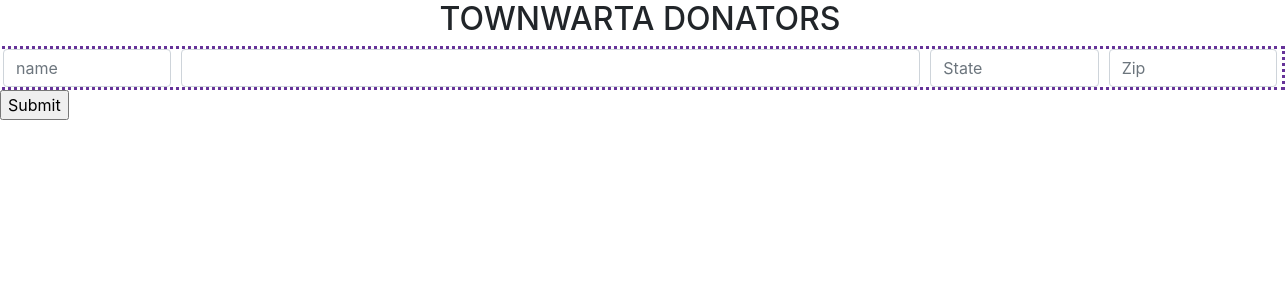
Repository: shivanand1988-28-06/townwarta
Page: http://localhost/donator/donator
These files come from the project's save history. The page is drawn as it stood at one moment and after the next save; the edit follows.
The browser window is 1280 px wide. The page is 1285 px wide, so the pictures cover 1285 px, including what lies to the right of the window. The pictures show the whole page.
The page is served by the project's Node server (Townwarta.js). Other server files are loaded and not shown.

Above is the page before, as saved 2022-08-30 21:10:11.

### views/articles/donator.ejs

<!DOCTYPE html>
<html lang="en">
<head>
  <meta charset="UTF-8">
  <meta name="viewport" content="width=device-width, initial-scale=1.0">
  <link rel="stylesheet" href="https://maxcdn.bootstrapcdn.com/bootstrap/4.0.0/css/bootstrap.min.css" integrity="sha384-Gn5384xqQ1aoWXA+058RXPxPg6fy4IWvTNh0E263XmFcJlSAwiGgFAW/dAiS6JXm" crossorigin="anonymous">
  <meta http-equiv="X-UA-Compatible" content="ie=edge">
  <title>TOWNWARTA</title>
</head>
<body>
    <h2 style = "text-align : center">TOWNWARTA DONATORS</h2>
    <form >
        <div class="form-row" style = "border: 3px rebeccapurple dotted;">
            <div class="col">
                <input type="text" class="form-control" placeholder="name">
              </div>
          <div class="col-7">
            <input type="text" class="form-control" placeholder="">
          </div>
          <div class="col">
            <input type="text" class="form-control" placeholder="State">
          </div>
          <div class="col">
            <input type="text" class="form-control" placeholder="Zip">
          </div>
        </div>
        <div>
            <input type = "submit" >
        </div>
      </form>
</body>

### Townwarta.js

require("dotenv").config();
const express = require("express");
const mongoose = require("mongoose");
const articleRouter = require("./routes/articles");
const userRouter = require("./routes/user");
const connectDB = require("./db/connect");
const app = express();
const Article= require("./models/article");
const methodOverride = require("method-override")
const port = process.env.PORT || 3000
const path = require("path");
const donatorRouter = require("./routes/donator")

app.set("views" , path.join(__dirname , "views"))
app.set("view engine", "ejs");
// app.use(express.json());
 app.use(express.urlencoded({extended:false}));
app.use(express.static(path.join(__dirname, "public")));
app.use(methodOverride("_method"));

  app.get("/", async (req,res)=>{
    const articles = await Article.find();
    res.render("articles/index" , {articles:articles});
  });

  app.use("/" , userRouter);

app.use("/articles" , articleRouter );

app.use("/donator" , donatorRouter)
console.log(Article)


const start = async () =>{

try{

    await connectDB( process.env.MONGO_URI );
    app.listen(port,()=>{ console.log(`app is running over port ${port}`)});

}catch(error) {

    console.log(error);

}

}

start();

### routes/donator.js
const express = require("express");
const donatorRouter = express.Router();
const Donator = require("../models/donator");



donatorRouter.post("/donator", async(req,res) => {
    let {name , createdAt , address} = req.body ;
    let donator = await Donator.create({name : name , createdAt : createdAt , address : address});

} );

donatorRouter.get("/donator" , (req,res)=>{
    res.render("articles/donator");
})

module.exports = donatorRouter

After the next save:
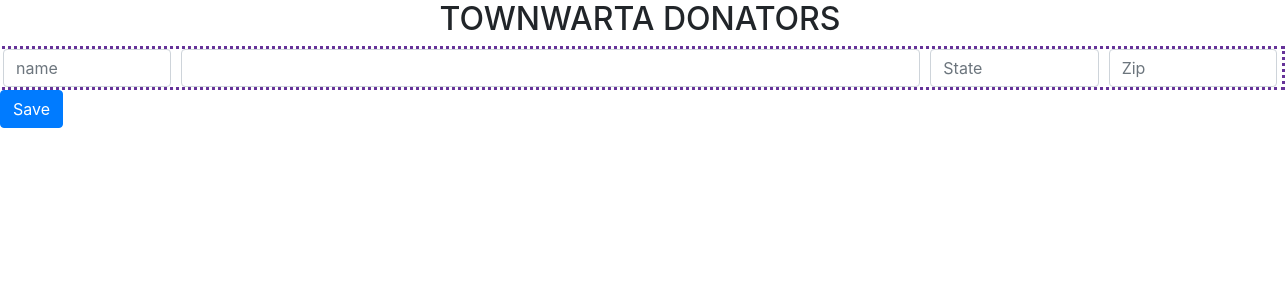
Saved 56 s later.
--- a/views/articles/donator.ejs
+++ b/views/articles/donator.ejs
@@ -26,7 +26,7 @@
           </div>
         </div>
         <div>
-            <input type = "submit" >
+            <button type="submit" class="btn btn-primary">Save</button>
         </div>
       </form>
 </body>
